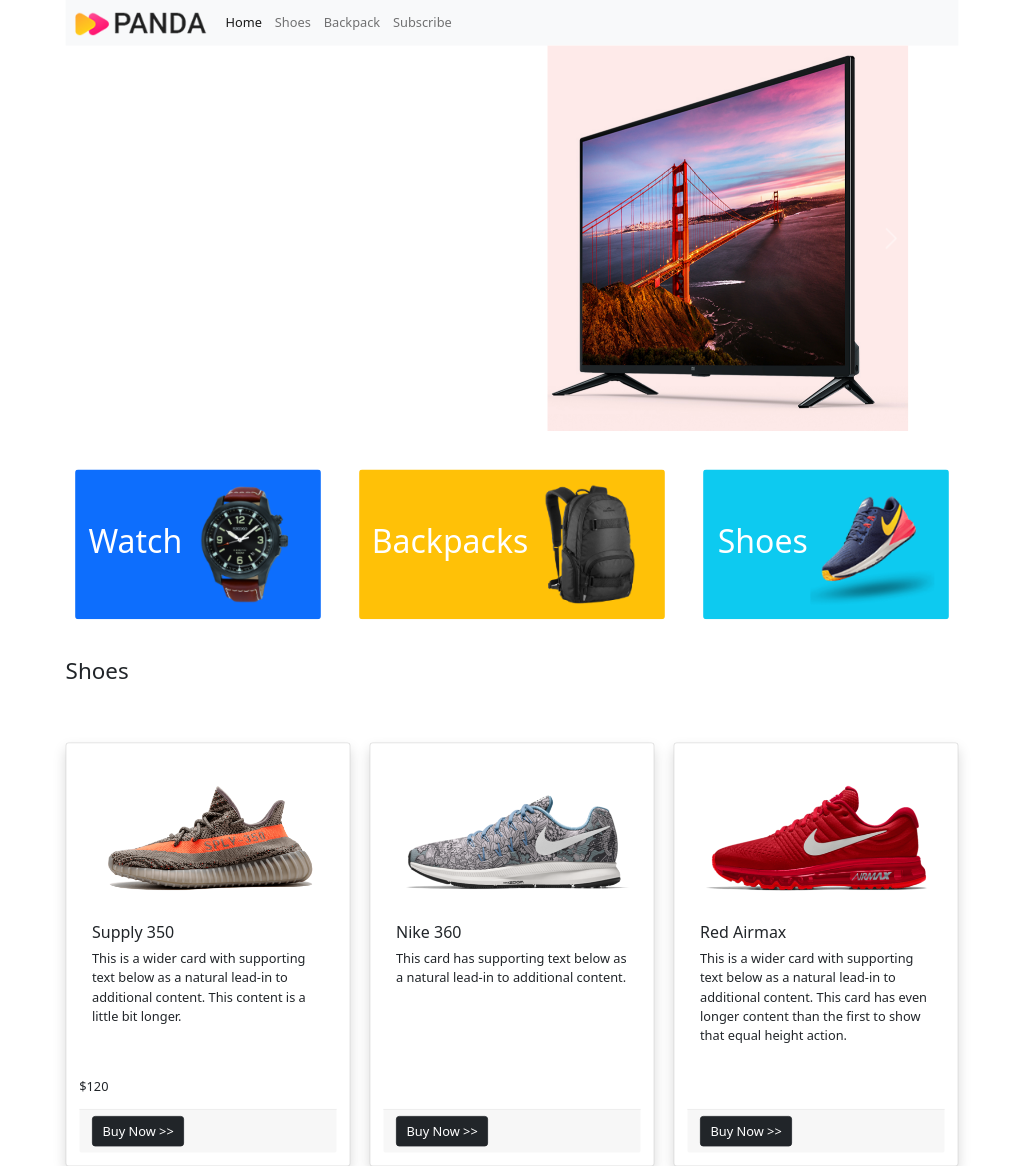
Repository: omarhasnain/panda-commerce-bootstrap
Page: index.html
An editor plug-in stored every save of this project. The page is shown before and after the next save, followed by the edit.
The browser window is 1280 px wide. The pictures show the whole page, at 80% of full size.

Above is the page before, as saved 2021-01-14 16:59:34.

### index.html
<!DOCTYPE html>
<html lang="en">
<head>
    <meta charset="UTF-8">
    <meta name="viewport" content="width=device-width, initial-scale=1.0">
    <title>Panda Commerce</title>
    <link href="https://cdn.jsdelivr.net/npm/bootstrap@5.0.0-beta1/dist/css/bootstrap.min.css" rel="stylesheet" integrity="sha384-giJF6kkoqNQ00vy+HMDP7azOuL0xtbfIcaT9wjKHr8RbDVddVHyTfAAsrekwKmP1" crossorigin="anonymous">
</head>
<body>
    <header class="container">
        <nav class="navbar navbar-expand-lg navbar-light bg-light">
            <div class="container-fluid">
              <a class="navbar-brand" href="#"><img src="images/logo.png" alt=""></a>
              <button class="navbar-toggler" type="button" data-bs-toggle="collapse" data-bs-target="#navbarNavAltMarkup" aria-controls="navbarNavAltMarkup" aria-expanded="false" aria-label="Toggle navigation">
                <span class="navbar-toggler-icon"></span>
              </button>
              <div class="collapse navbar-collapse" id="navbarNavAltMarkup">
                <div class="navbar-nav">
                  <a class="nav-link active" aria-current="page" href="#">Home</a>
                  <a class="nav-link" href="#">Shoes</a>
                  <a class="nav-link" href="#">Backpack</a>
                  <a class="nav-link" href="#" tabindex="-1" >Subscribe</a>
                </div>
              </div>
            </div>
          </nav>

        <section>
            <div id="carouselExampleControls" class="carousel slide" data-bs-ride="carousel">
                <div class="carousel-inner">
                  <div class="carousel-item active">
                   <div class="row">
                       <div class="col-md-7">

                       </div>
                       <div class="col-md-5">
                        <img src="images/banner-images/tv.png" class="d-block w-100" alt="...">
                       </div>
                   </div>
                  </div>
                  <div class="carousel-item">
                    <div class="row">
                        <div class="col-md-7">

                        </div>
                        <div class="col-md-5">
                            <img src="images/banner-images/headphone.png" class="d-block w-100" alt="...">
                        </div>
                    </div>
                  </div>
                  <div class="carousel-item">
                   <div class="row">
                       <div class="col-md-7">

                       </div>
                       <div class="col-md-5">
                        <img src="images/banner-images/xbox.png" class="d-block w-100" alt="...">
                       </div>
                   </div>
                  </div>
                </div>
                <a class="carousel-control-prev" href="#carouselExampleControls" role="button" data-bs-slide="prev">
                  <span class="carousel-control-prev-icon" aria-hidden="true"></span>
                  <span class="visually-hidden">Previous</span>
                </a>
                <a class="carousel-control-next" href="#carouselExampleControls" role="button" data-bs-slide="next">
                  <span class="carousel-control-next-icon" aria-hidden="true"></span>
                  <span class="visually-hidden">Next</span>
                </a>
              </div>
        </section>


    </header>
    <main class="container">
        <section class="container overflow-hidden mt-5">
            <div class="row gx-5">
              <div class="col">
               <div class="p-3 rounded bg-primary d-flex align-items-center justify-content-around">
                   <h1 class="text-white">Watch</h1>
                   <img src="images/categories/watch.png" alt="">
               </div>
              </div>
              <div class="col">
                <div class="p-3 rounded bg-warning d-flex align-items-center justify-content-around">
                    <h1 class="text-white">Backpacks</h1>
                    <img src="images/categories/bag.png" alt="">
                </div>
               </div>
               <div class="col">
                <div class="p-3 rounded bg-info d-flex align-items-center justify-content-around">
                    <h1 class="text-white">Shoes</h1>
                    <img src="images/categories/shoes.png" alt="">
                </div>
               </div>

            </div>
        </section>

        <section class="mt-5">
            <h3>Shoes</h3>
            <div class="row row-cols-1 row-cols-md-3 g-4 mt-5">
                <div class="col">
                  <div class="card h-100 shadow p-3 mb-5 bg-white rounded">
                    <img src="images/shoes/shoe-1.png" class="card-img-top" alt="...">
                    <div class="card-body ">
                      <h5 class="card-title">Supply 350</h5>
                      <p class="card-text">This is a wider card with supporting text below as a natural lead-in to additional content. This content is a little bit longer.</p>
                    </div>
                    <p class="card-text">$120</p>
                    <div class="card-footer">
                    <button class="text-white btn btn-dark">Buy Now >></button>
                    </div>
                  </div>
                </div>
                <div class="col">
                  <div class="card h-100 shadow p-3 mb-5 bg-white rounded">
                    <img src="images/shoes/shoe-2.png" class="card-img-top" alt="...">
                    <div class="card-body">
                      <h5 class="card-title">Nike 360</h5>
                      <p class="card-text">This card has supporting text below as a natural lead-in to additional content.</p>
                    </div>
                    <div class="card-footer">
                        <button class="text-white btn btn-dark">Buy Now >></button>
                    </div>
                  </div>
                </div>
                <div class="col">
                  <div class="card h-100 shadow p-3 mb-5 bg-white rounded">
                    <img src="images/shoes/shoe-3.png" class="card-img-top" alt="...">
                    <div class="card-body">
                      <h5 class="card-title">Red Airmax</h5>
                      <p class="card-text">This is a wider card with supporting text below as a natural lead-in to additional content. This card has even longer content than the first to show that equal height action.</p>
                    </div>
                    <div class="card-footer">
                        <button class="text-white btn btn-dark">Buy Now >></button>
                    </div>
                  </div>
                </div>
            </div>


        </section>

    </main>














    <script src="https://cdn.jsdelivr.net/npm/bootstrap@5.0.0-beta1/dist/js/bootstrap.bundle.min.js" integrity="sha384-ygbV9kiqUc6oa4msXn9868pTtWMgiQaeYH7/t7LECLbyPA2x65Kgf80OJFdroafW" crossorigin="anonymous"></script>
</body>
</html>

After the next save:
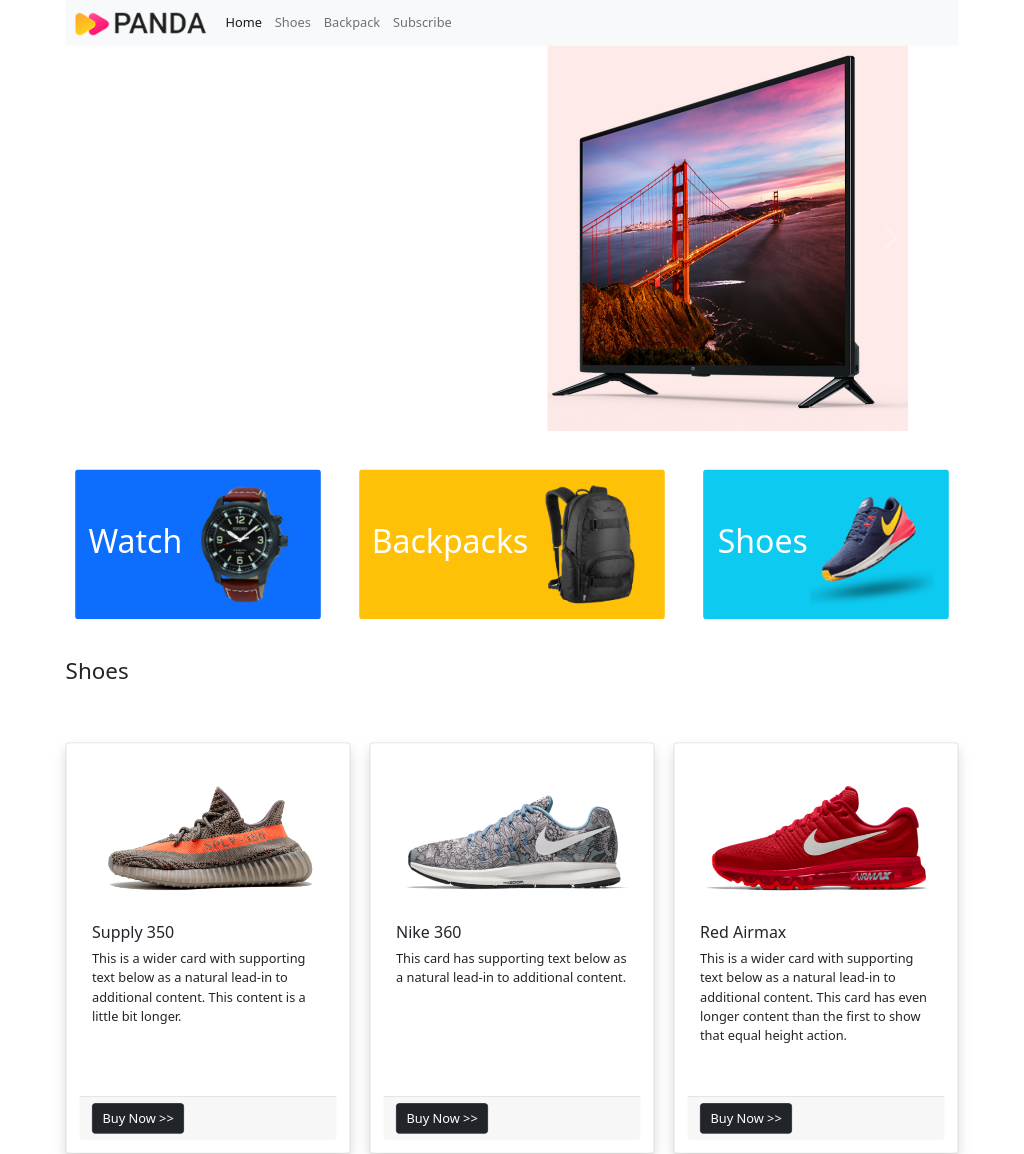
Saved 4 min 4 s later.
--- a/index.html
+++ b/index.html
@@ -107,7 +107,7 @@
                       <h5 class="card-title">Supply 350</h5>
                       <p class="card-text">This is a wider card with supporting text below as a natural lead-in to additional content. This content is a little bit longer.</p>
                     </div>
-                    <p class="card-text">$120</p>
+
                     <div class="card-footer">
                     <button class="text-white btn btn-dark">Buy Now >></button>
                     </div>
